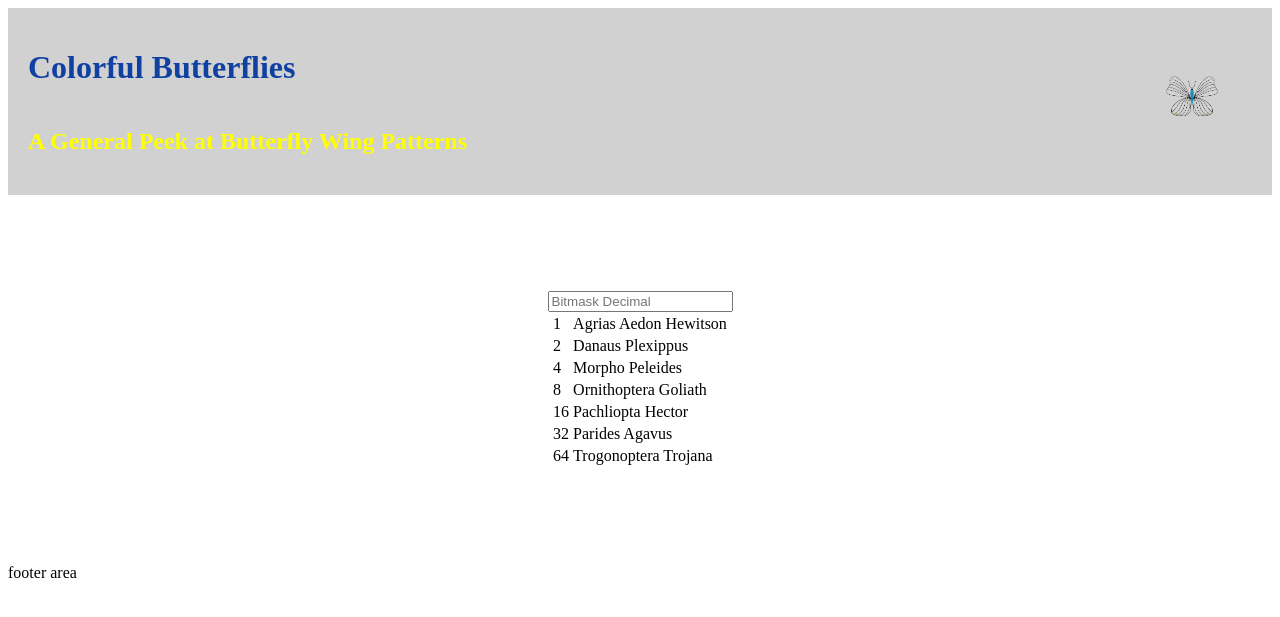
Repository: MeowCeline00/assessment-2
Page: /
These files come from the project's save history. The page is drawn as it stood at one moment and after a run of saves; the edit follows.
The browser window is 1280 px wide. The pictures show the whole page.
The project was rebuilt for these pictures with package versions that can differ from the ones it lists, and the page was loaded fresh each time. The framework's server and built-in components were replaced by stand-ins that run in the browser. Also part of the build but not shown: next.config.mjs.

Above is the page before, as saved 2024-02-07 21:54:58.

After the next 5 saves:
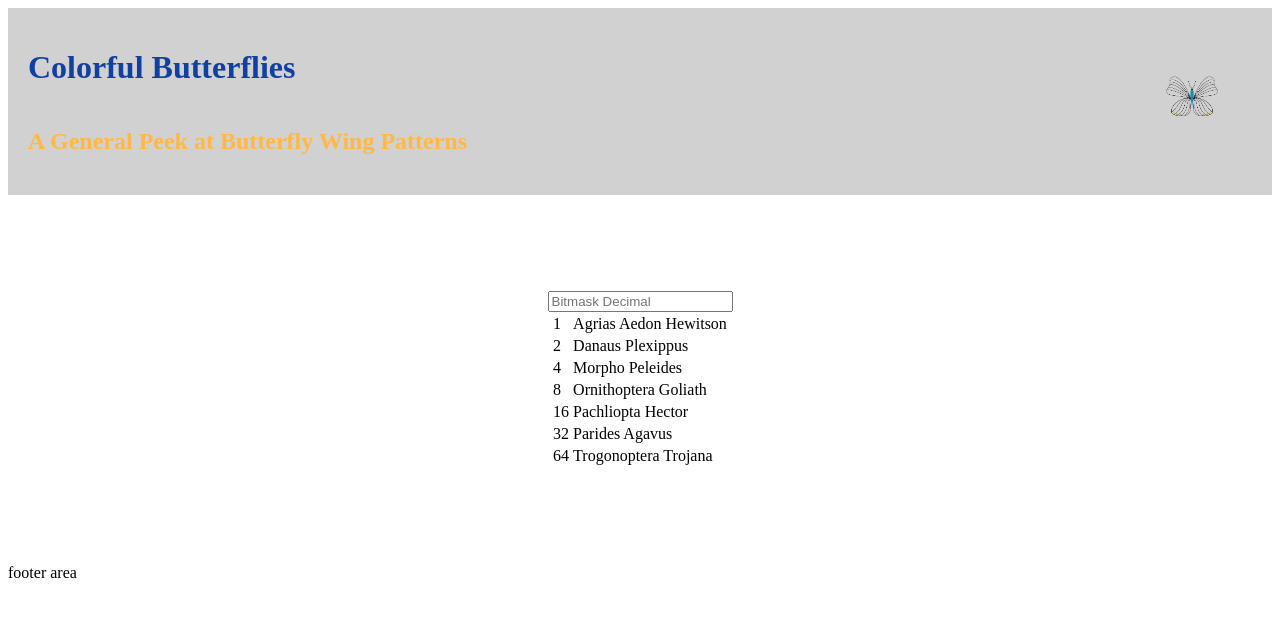
The 5 saves are shown as one change because they came seconds apart.
The last was saved 15 s later.
--- a/Components/Header/Header.module.css
+++ b/Components/Header/Header.module.css
@@ -16,7 +16,7 @@
 }
 
 .titleArea h2 {
-    color: yellow;
+    color: rgb(255, 184, 69);
 }
 
 .logoArea {
